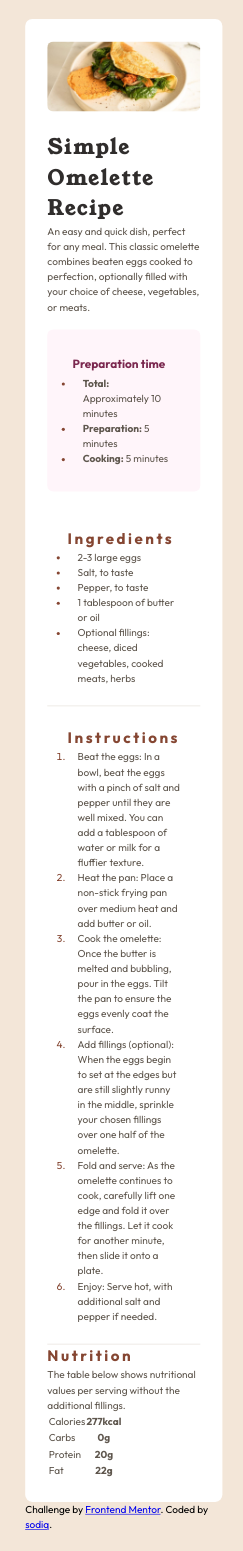
Repository: sodmaq/recipe-page-
Page: index.html
These files come from the project's save history. The page is drawn as it stood at one moment and after the next save; the edit follows.
The browser window is 375 px wide. The page is 375 px wide, then 385 px, so the pictures cover 385 px, including what lies to the right of the window. The pictures show the whole page, at 63% of full size.

Above is the page before, as saved 2024-09-08 04:34:32.

After the next save:
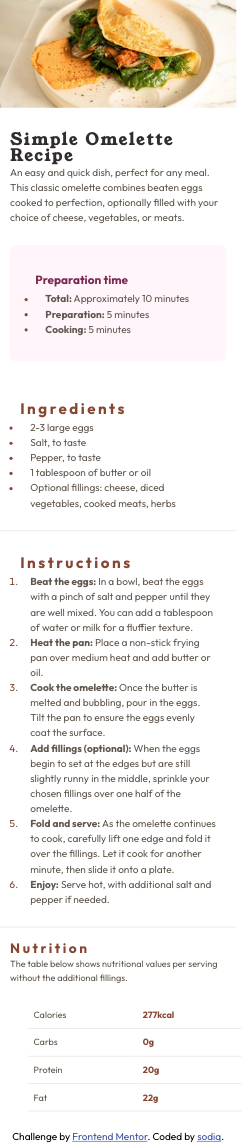
Saved 61 s later.
--- a/style.css
+++ b/style.css
@@ -100,3 +100,77 @@ li::marker {
   border-bottom: 1px solid var(--Light-Grey);
   padding: 2rem;
 }
+.instructions ol li span {
+  font-weight: bold;
+}
+
+/* Nutrition section */
+.nutrition-section {
+  margin-top: 1.6rem;
+}
+
+.table {
+  width: 100%;
+  margin: 1.6rem;
+}
+
+th,
+td {
+  padding: 0.6rem;
+  text-align: left;
+  border-bottom: 1px solid var(--Light-Grey);
+}
+
+th {
+  color: var(--Nutmeg-color);
+}
+
+@media only screen and (max-width: 375px) {
+  body {
+    padding: 0;
+    background-color: transparent;
+  }
+  .container {
+    padding: 0;
+    max-width: 100vw;
+    border-radius: 0;
+  }
+
+  .heading-text {
+    padding: 1rem;
+  }
+
+  img {
+    border-radius: 0;
+  }
+
+  .title {
+    font-size: 1.6rem;
+    margin-top: 1rem;
+    line-height: 1.6rem;
+  }
+
+  .paragraph {
+    font-weight: 400;
+  }
+
+  .preparation-section {
+    margin: 1rem;
+  }
+
+  .nutrition-section {
+    margin: 1rem;
+    font-size: 0.9rem;
+  }
+}
+
+/* Footer */
+
+.attribution {
+  font-size: 1rem;
+  text-align: center;
+}
+
+.attribution a {
+  color: hsl(228, 45%, 44%);
+}
